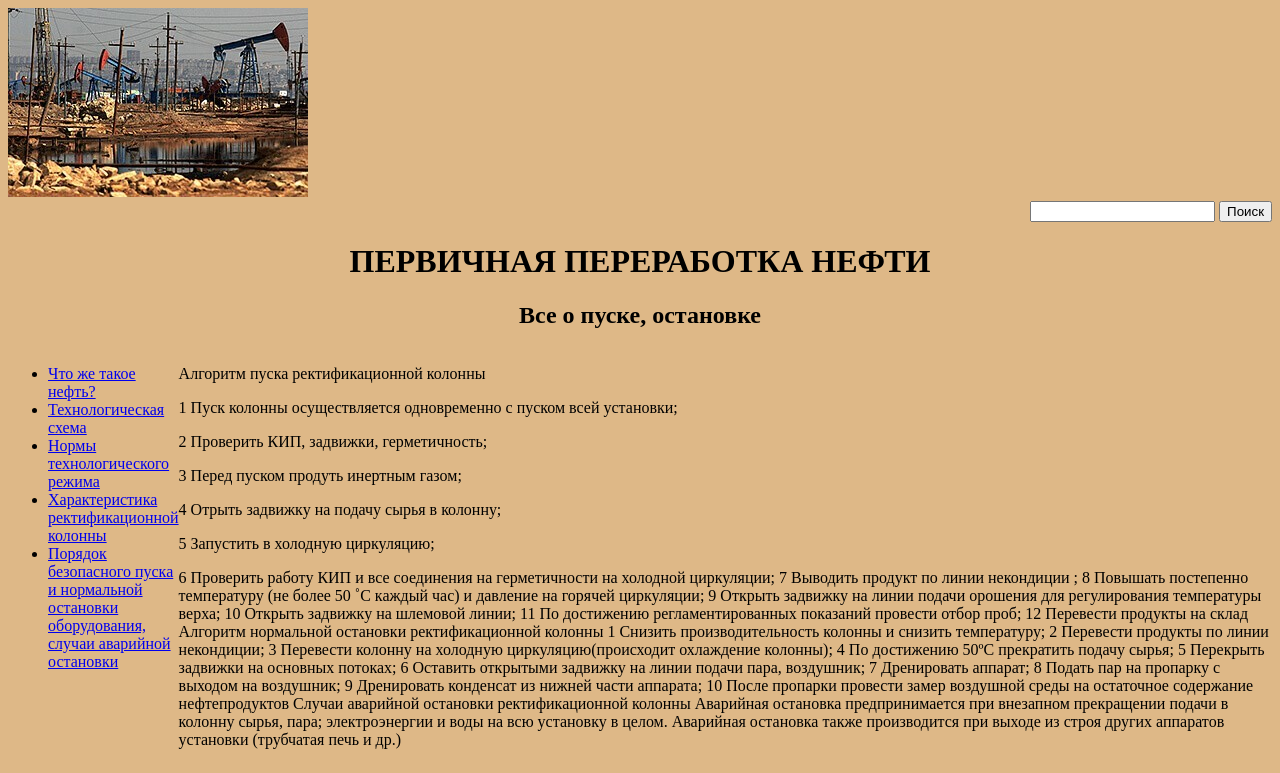
Repository: NastyaSeleznev/NastyaSeleznev.githab.io
Page: week1/por.html
The author's editor kept a record of every edit. The page is drawn from the files as they stood at one moment, then again after the next edit.
The browser window is 1280 px wide. The pictures show the whole page.

Above is the page before.

### week1/por.html
<!doctype html>
	<html>
		<head>
			<meta charset="utf-8">
			<link href="style.css" rel="stylesheet">
		<title>Порядок безопасного пуска и нормальной остановки оборудования, случаи аварийной остановки</title>
		</head>
		<body>
			<header>
		<img src="dobycha-nefti.jpg">
		<form action="https://www.google.com/search" method="get" align="right">
  <input type="Искать здесь..." name="search">
  <input type="submit" value="Поиск">
</form>
		<h1 align="center">ПЕРВИЧНАЯ ПЕРЕРАБОТКА НЕФТИ</h1>
			</header>
				<h2 align="center">Все о пуске, остановке</h2>
				<div id="flex"
			<nav>
					<ul>
	<li><a href="nevti.html">Что же такое нефть?</a></li>
	<li><a href="sxem.html">Технологическая схема</a></li>
	<li><a href="norm.html">Нормы технологического режима</a></li>
	<li><a href="harakter.html">Характеристика ректификационной колонны</a></li>
	<li><a href="por.html">Порядок безопасного пуска и нормальной остановки оборудования, случаи аварийной остановки</a></li>
	</ul>
	</nav>
				<main>
			<p> Алгоритм пуска ректификационной колонны
<p>1	Пуск колонны осуществляется одновременно с пуском всей установки;
<p>2	Проверить КИП, задвижки, герметичность;
<p>3	Перед пуском продуть инертным газом;
<p>4	Отрыть задвижку на подачу сырья в колонну;
<p>5	Запустить в холодную циркуляцию;
<p>6	Проверить работу КИП и все соединения на герметичности на холодной
циркуляции;
7	Выводить продукт по линии некондиции ;
8	Повышать постепенно температуру (не более 50 ˚С каждый час) и давление на горячей циркуляции;
9	Открыть задвижку на линии подачи орошения для регулирования температуры верха;
10	 Открыть задвижку на шлемовой линии;
11	 По достижению регламентированных показаний провести отбор проб;
12	 Перевести продукты на склад
Алгоритм нормальной остановки ректификационной колонны
1	Снизить производительность колонны и снизить температуру;
2	Перевести продукты по линии некондиции;
3	Перевести колонну на холодную циркуляцию(происходит охлаждение
колонны);
4	По достижению 50ºС прекратить подачу сырья;
5	Перекрыть задвижки на основных потоках;
6	Оставить открытыми задвижку на линии подачи пара, воздушник;
7	Дренировать аппарат;
8	Подать пар на пропарку с выходом на воздушник;
9	 Дренировать конденсат из нижней части аппарата;
10	 После пропарки провести замер воздушной среды на остаточное
содержание нефтепродуктов
 Случаи аварийной остановки ректификационной колонны
 Аварийная остановка предпринимается при внезапном прекращении подачи  в колонну сырья, пара; электроэнергии и воды на всю установку в целом. Аварийная остановка также производится при выходе из строя других аппаратов установки (трубчатая печь и др.)



			</main>
			</div>
		</body>
	</html>
	<main>

### week1/style.css
body {
  background-color: #DEB887;
}
#flex {
  display: flex;
  flex-direction: row;
  justify-content: flex-start;
}

nav {
     background-color: #DA70D6;
}

After the next edit:
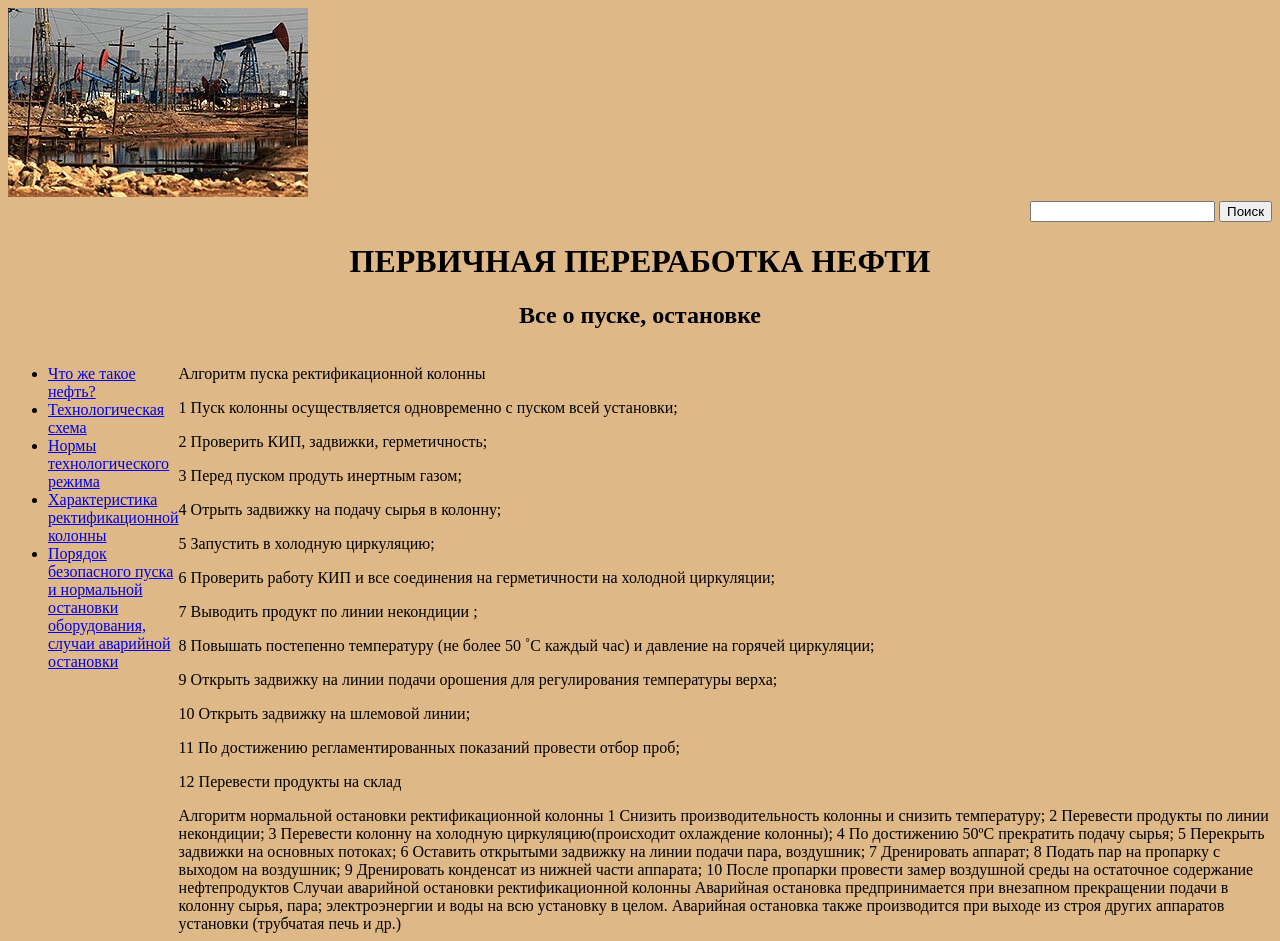
The edit:
--- a/week1/por.html
+++ b/week1/por.html
@@ -34,12 +34,12 @@
 <p>5	Запустить в холодную циркуляцию;
 <p>6	Проверить работу КИП и все соединения на герметичности на холодной
 циркуляции;
-7	Выводить продукт по линии некондиции ;
-8	Повышать постепенно температуру (не более 50 ˚С каждый час) и давление на горячей циркуляции;
-9	Открыть задвижку на линии подачи орошения для регулирования температуры верха;
-10	 Открыть задвижку на шлемовой линии;
-11	 По достижению регламентированных показаний провести отбор проб;
-12	 Перевести продукты на склад
+<p>7	Выводить продукт по линии некондиции ;
+<p>8	Повышать постепенно температуру (не более 50 ˚С каждый час) и давление на горячей циркуляции;
+<p>9	Открыть задвижку на линии подачи орошения для регулирования температуры верха;
+<p>10	 Открыть задвижку на шлемовой линии;
+<p>11	 По достижению регламентированных показаний провести отбор проб;
+<p>12	 Перевести продукты на склад</p>
 Алгоритм нормальной остановки ректификационной колонны
 1	Снизить производительность колонны и снизить температуру;
 2	Перевести продукты по линии некондиции;
